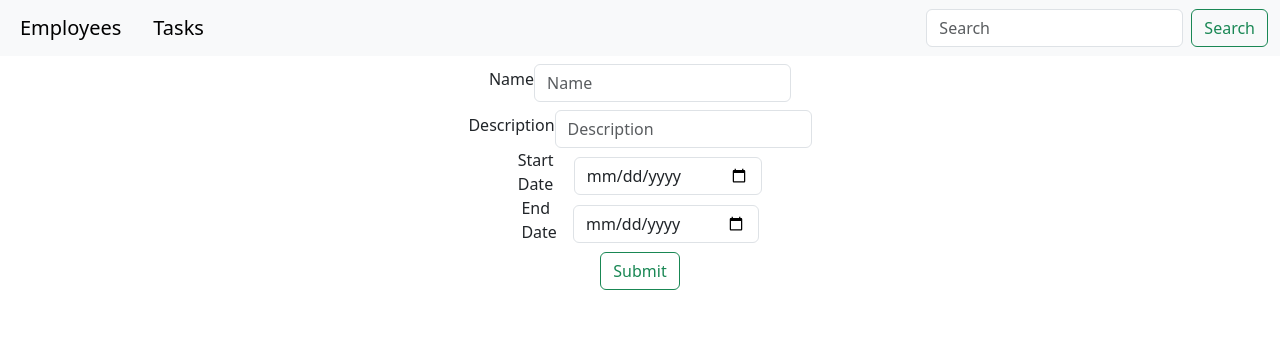
Repository: RaffiBarseghyan/employees
Page: /tasks
An editor plug-in stored every save of this project. The page is shown before and after a run of saves, followed by the edit.
The browser window is 1280 px wide. The pictures show the whole page.
The project was rebuilt for these pictures with package versions that can differ from the ones it lists, and the page was loaded fresh each time. Some packages were replaced by stand-ins written for this rebuild. Also part of the build but not shown: src/App.css, src/Pages/Employees/employees.module.scss, src/Pages/UpDel/upDel.module.scss, src/Pages/UpDel/delete.jsx, src/Pages/Employees/employees.jsx, src/Pages/UpDel/update.jsx.

Above is the page before, as saved 2023-06-15 21:38:19.

After the next 6 saves:
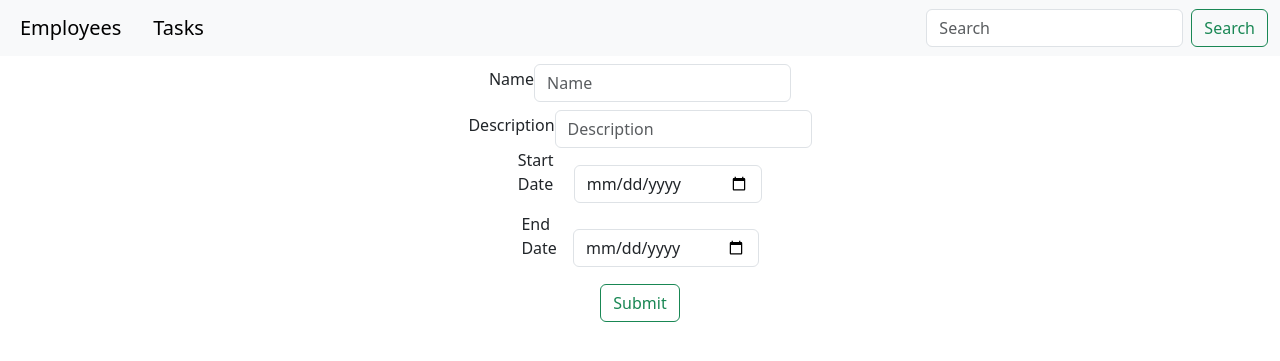
The 6 saves are shown as one change because they came seconds apart.
The last was saved 13 s later.
--- a/src/Pages/Tasks/tasks.jsx
+++ b/src/Pages/Tasks/tasks.jsx
@@ -21,7 +21,7 @@ function Tasks() {
         </label>
 
         <label htmlFor="description">
-          <p></p>Description
+          Description
           <input
             className="form-control mt-2"
             type="text"
@@ -32,7 +32,7 @@ function Tasks() {
         </label>
 
         <label htmlFor="startDate">
-          Start Date
+          <p>Start Date </p>
           <input
             className="form-control mt-2"
             type="date"
@@ -43,7 +43,7 @@ function Tasks() {
         </label>
 
         <label htmlFor="endDate">
-          End Date
+          <p> End Date</p>
           <input
             className="form-control mt-2"
             type="date"
